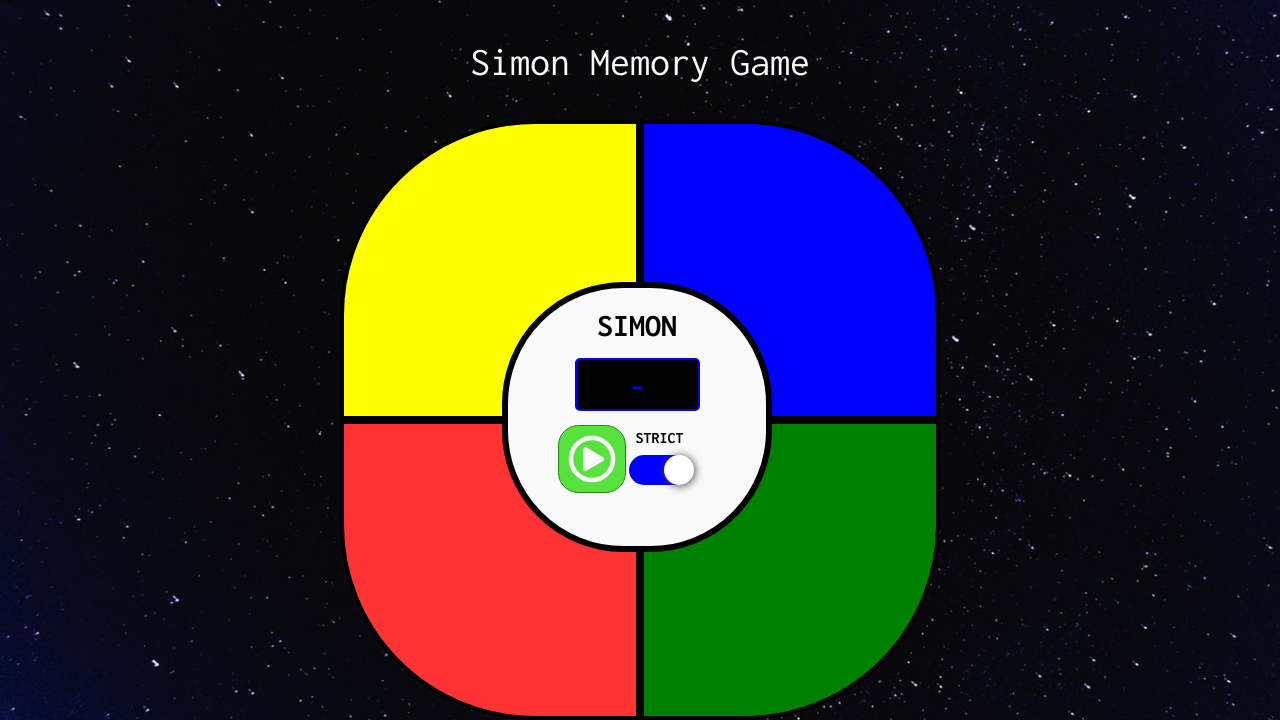
Repository: 5803emma/milestone2-simongame
Page: index.html
The author's editor kept a record of every edit. The page is drawn from the files as they stood at one moment, then again after the next edit.
The browser window is 1280 px wide. The pictures show the whole page.
An inner scrolling area shows only its first screen. Some web libraries are served in a nearby version.

Above is the page before.

### index.html
<!DOCTYPE html>
<html lang="en">

<head>
  <!--- Meta Data --->
  <meta charset="UTF-8">
  <meta name="viewport" content="width=device-width, initial-scale=1, shrink-to-fit=no">
  <meta http-equiv="X-UA-Compatible" content="ie=edge">
  <meta name="description" content="Simon Game">


  <!--- Title --->
  <title>Simon</title>

  <!--- Favicon --->
  <link class="favicon" rel="icon" href="assets/images/favicon.ico" type="image/ico">

  <!--- Links to Styling --->
  <link rel="stylesheet" href="https://stackpath.bootstrapcdn.com/bootstrap/4.3.1/css/bootstrap.min.css" rel="stylesheet" integrity="sha384-ggOyR0iXCbMQv3Xipma34MD+dH/1fQ784/j6cY/iJTQUOhcWr7x9JvoRxT2MZw1T" crossorigin="anonymous">
  <link rel="stylesheet" href="https://cdnjs.cloudflare.com/ajax/libs/font-awesome/5.11.2/css/all.min.css" integrity="sha256-+N4/V/SbAFiW1MPBCXnfnP9QSN3+Keu+NlB+0ev/YKQ=" crossorigin="anonymous" />
  <link href="https://stackpath.bootstrapcdn.com/font-awesome/4.7.0/css/font-awesome.min.css" rel="stylesheet" integrity="sha384-wvfXpqpZZVQGK6TAh5PVlGOfQNHSoD2xbE+QkPxCAFlNEevoEH3Sl0sibVcOQVnN" crossorigin="anonymous">
  <link rel="stylesheet" href="assets/css/style.css" type="text/css" />

</head>

<body>
  <header class="header">
    <h1 align="center">Simon Memory Game</h1>
  </header>


  <!--- Game Board --->
  <div class="container-fluid board-container">
    <div class="row no-gutters">
      <div class="simon-board col">
        <!--- Coloured Blocks --->
        <div class="blocks">
          <div id="1" class="block yellow-block disabled"></div>
          <div id="2" class="block blue-block disabled"></div>
          <div id="3" class="block red-block disabled"></div>
          <div id="4" class="block green-block disabled"></div>
        </div>
        <!--- Controls --->
        <div class="controls">
          <div class="game-label">SIMON</div>
          <div id="score-counter" class="num-display">-</div>
          <div id="start" class="start-btn"><i class="far fa-play-circle fa-3x"></i></div>
          <div class="container strict-container">
            <div class="control-label strict-label">
              <p class="m-0 p-0">STRICT</p>
              <div class="strict-switch">
                <input type="checkbox" id="strict" class="toggle" checked/>
              </div>
            </div>
          </div>
        </div>
      </div>
    </div>
  </div>

  <!--- Game Information Button --->
  <div class="button-container">
    <div class="row justify-content-center">
      <button id="info-button" type="button" class="btn btn-success" data-toggle="modal" data-target="#infoModal">HOW TO PLAY<br><i class="fas fa-info-circle fa-2x"></i></button>
    </div>
  </div>

  <!--- Footer --->
  <footer>
    <p align="center">Created as a Milestone 2 Project for the Code Institute Full Stack Developer Course</p>
  </footer>



  <!--- Game Information Modal --->
  <div class="modal fade" id="infoModal" tabindex="-1" role="dialog" aria-labelledby="gameInfoModal" aria-hidden="true">
    <div class="modal-dialog modal-dialog-scrollable" role="document">
      <div class="modal-content">
        <!-- Game Information Modal Header -->
        <div class="modal-header px-0 pl-4">
          <h4 class="modal-title" id="exampleModalScrollableTitle"><i class="fas fa-info-circle"></i> How to Play....<i class="fas fa-info-circle"></i></h4>
          <button type="button" class="close pl-0 mr-2" data-dismiss="modal" aria-label="Close">
          					<span aria-hidden="true">&times;</span>
        				</button>
        </div>
        <!--- Game Information Modal Body --->
        <div class="modal-body modal-body-info">
          <div class="buttons-box m-2 px-2 py-2">
            <a id="modal-scroll" href="#info-heading-modal"><i class="fas fa-arrow-down"></i></a>
            <h3><b>Simon Memory Game</b></h3>
            <p>Press the play button in the green circle and one of the four coloured blocks will light up. Press the block that lights up. If you press the correct block the counter in the centre of the board will register your successful turn. The number of blocks that light up will increase by one on each turn and the pattern will be random. Your objective is to reproduce the pattern made by the blocks lighting up. It's easy at first, but make sure to stay focused as the patterns get more
              complex!
            </p><br>
            <h3 id="info-heading-modal"><b>Buttons:</b></h3>
            <p><strong class="h5 font-weight-bold">Green Play Button </strong>To begin the game, press the green play button in the centre of the SIMON game board. You can also press this button to start a new game at any point</p>
            <p><b class="h5 font-weight-bold">Strict Slider </b>When strict mode is turned ON (BLUE), if you get your sequence wrong at any point the game will be over. If you want to practice, turn strict mode OFF using the slider (GREY) you can keep trying
              the pattern until you get it correct and then move on to the next pattern.</p>
            <h3><b>How to Win:</b></h3>
            <ul class="p-0 pl-3">
              <li>Turn on Strict mode using the slider in the centre of the Game Board</li>
              <li>Selecting Strict Mode resets the counter to 0</li>
              <li>Reach a score of 15 to win</li>
            </ul><br>
          </div>
        </div>
        <!-- Game Information Modal Footer -->
        <div class="modal-footer">
          <h4>G.L.H.F ! <i class="fas fa-smile"></i></h4>
          <button id="close-button" type="button" class="btn btn-success" data-dismiss="modal">Close</button>
        </div>
      </div>
    </div>
  </div>

  <!-- Lose Modal -->
  <div class="modal fade" id="loseModal" tabindex="-1" role="dialog" aria-labelledby="loseGameModal" aria-hidden="true">
    <div class="modal-dialog modal-dialog-scrollable" role="document">
      <div class="modal-content">
        <!-- Lose Modal Header -->
        <div class="modal-header px-0 pl-4">
          <h5 class="modal-title" id="exampleModalScrollableTitle-2"><i class="far fa-surprise"></i> Oops!! <i class="far fa-surprise"></i><br> Game Over Buddy !!</h5>
          <button type="button" class="close pl-0 mr-2" data-dismiss="modal" aria-label="Close">
          					<span aria-hidden="true">&times;</span>
        				</button>
        </div>
        <!-- Lose Modal Body -->
        <div class="modal-body">
          <div class="buttons-box m-2 px-2 py-2 text-center">
            <h4>You Scored A Grand Total of....</h4><br>
            <h2 id="lose-modal-display" class="text-center">--</h2>
            <p class="m-0 mt-5 text-center">Click on the green Start button below if you would like to begin a new game.<br> The grey Close button will close this window without beginning a new game.</p>
          </div>
        </div>
        <!-- Lose Modal Footer -->
        <div class="modal-footer justify-content-between">
          <button id="start-modal-button" type="button" class="btn btn-success" data-dismiss="modal">Start</button>
          <button id="close-button-2" type="button" class="btn btn-secondary" data-dismiss="modal">Close</button>
        </div>
      </div>
    </div>
  </div>

  <!-- Win Modal -->
  <div class="modal fade" id="winModal" tabindex="-1" role="dialog" aria-labelledby="winGameModal" aria-hidden="true">
    <div class="modal-dialog modal-dialog-scrollable" role="document">
      <div class="modal-content win-modal-content">
        <!-- Win Modal Header -->
        <div class="modal-header px-0 pl-4">
          <h5 class="modal-title text-uppercase" id="exampleModalScrollableTitle-3"><i class="far fa-laugh-squint"></i> YOU WIN!! <i class="far fa-laugh-squint"></i></h5>
          <button type="button" class="close pl-0 mr-2" data-dismiss="modal" aria-label="Close">
          					<span aria-hidden="true">&times;</span>
        				</button>
        </div>
        <!-- Win Modal Body -->
        <div class="modal-body">
          <div class="buttons-box m-2 px-2 py-2 text-center">
            <h4 class="text-uppercase">You scored the maximum score of:</h4><br>
            <h2 id="win-modal-display" class="text-center">--</h2>
            <h5 class="m-0 mt-5 text-center font-weight-bold text-uppercase">CONGRATULATIONS!</h5>
            <p class="m-0 mt-3 text-center">Click the green start button to play again !</p>
          </div>
        </div>
        <!-- Win Modal Footer -->
        <div class="modal-footer justify-content-between">
          <button id="start-modal-win-button" type="button" class="btn btn-success" data-dismiss="modal">Start</button>
          <button id="close-button-3" type="button" class="btn btn-secondary" data-dismiss="modal">Close</button>
        </div>
      </div>
    </div>
  </div>

  <!--- Audio --->
  <audio id="sound-yellow" src="https://s3.amazonaws.com/freecodecamp/simonSound3.mp3"></audio>
  <audio id="sound-blue" src="https://s3.amazonaws.com/freecodecamp/simonSound4.mp3"></audio>
  <audio id="sound-red" src="https://s3.amazonaws.com/freecodecamp/simonSound2.mp3"></audio>
  <audio id="sound-green" src="https://s3.amazonaws.com/freecodecamp/simonSound1.mp3"></audio>
  <audio id="sound-lost" src="assets/sounds/game-over.wav"></audio>
  <audio id="sound-win" src="assets/sounds/game-win.wav"></audio>

  <!--- Scripts --->

  <script src="https://code.jquery.com/jquery-3.4.1.slim.min.js" integrity="sha256-pasqAKBDmFT4eHoN2ndd6lN370kFiGUFyTiUHWhU7k8=" crossorigin="anonymous"></script>
  <script src="https://code.jquery.com/jquery-3.4.1.min.js" integrity="sha256-CSXorXvZcTkaix6Yvo6HppcZGetbYMGWSFlBw8HfCJo=" crossorigin="anonymous"></script>
  <script src="https://cdnjs.cloudflare.com/ajax/libs/popper.js/1.15.0/umd/popper.min.js" integrity="sha256-fTuUgtT7O2rqoImwjrhDgbXTKUwyxxujIMRIK7TbuNU=" crossorigin="anonymous"></script>
  <script src="https://stackpath.bootstrapcdn.com/bootstrap/4.3.1/js/bootstrap.min.js" integrity="sha384-JjSmVgyd0p3pXB1rRibZUAYoIIy6OrQ6VrjIEaFf/nJGzIxFDsf4x0xIM+B07jRM" crossorigin="anonymous"></script>
  <script src="assets/js/index.js"></script>
  </div>

</body>

</html>

### assets/css/style.css
@import url('https://fonts.googleapis.com/css?family=Inconsolata:400,700&display=swap');
@import url('https://fonts.googleapis.com/css?family=Roboto:400,400i&display=swap');

html,
body {
    width: 100%;
    height: 100%;
    margin: 0;
    padding: 0;
    overflow-x: hidden;
}

body {
    background: url(../images/background.jpg) no-repeat center center;
    background-size: cover;
    background-color: #000000;
    font-family: 'Inconsolata', sans-serif;
    color: #fafafa;
}

.header {
    padding-top: 3%;
    padding-bottom: 2%;
}

.row {
    text-align: center;
    width: 100%;
    height: 100%;
    padding: 0;
    margin: 0;
}


.disabled {
    pointer-events: none;
}


.board-container {
    display: -webkit-box;
    display: -ms-flexbox;
    display: flex;
    padding: 0;
    margin: auto;
    width: 100%;
    height: 100vw;
    max-width: 600px;
    max-height: 600px;
    border-radius: 65%;
    background-color: #fafafa;
    margin-bottom: 20px;
}

.button-container {
    margin-bottom: 20px;
}

.strict-container {
    position: absolute;
    margin-top: 150px;
    margin-left: 45px;
    padding: 0px;
    width: 30%;
    line-height: 0;
    font-weight: bold;
    color: #000000;
}


/*------------- Colours */

.block {
    position: relative;
    float: left;
    width: 50%;
    height: 50vw;
    border: solid 4px #000000;
    max-width: 300px;
    max-height: 300px;
    cursor: pointer;
}

.yellow-block {
    background-color: yellow;
    border-top-left-radius: 65%;

}

.blue-block {
    background-color: #0000ff;
    border-top-right-radius: 65%;

}

.red-block {
    background-color: #ff3333;
    border-bottom-left-radius: 65%;

}

.green-block {
    background-color: green;
    border-bottom-right-radius: 65%;

}

.bright-yellow {
    background-color: #fff099;

}

.bright-blue {
    background-color: lightblue;

}

.bright-red {
    background-color: tomato;

}

.bright-green {
    background-color: lightgreen;

}


/*-------------Board Label, Counter, Play Button, Strict Slider */

.controls {
    display: -webkit-box;
    display: -ms-flexbox;
    display: flex;
    -webkit-box-pack: center;
    -ms-flex-pack: center;
    justify-content: center;
    position: absolute;
    background-color: #fafafa;
    top: 27%;
    left: 27%;
    width: 46vw;
    height: 46vw;
    max-width: 270px;
    max-height: 270px;
    border: solid 6px #000;
    border-radius: 45%;
    line-height: 55px;

}

.game-label {
    position: absolute;
    font-size: 2em;
    font-weight: bold;
    margin-top: 10px;
    color: #000;
}

#score-counter {
    position: absolute;
    top: 70px;
    color: blue;
    font-weight: bold;
    background-color: #000;
    width: 20vw;
    height: 10vw;
    max-width: 125px;
    max-height: 53px;
    margin: 0 auto;
    border: solid 2px blue;
    border-radius: 5px;
    font-size: 1.8em;
}

.start-btn {
    float: left;
    margin-right: 90px;
    margin-top: 137px;
    padding: 9px;
    cursor: pointer;
    line-height: 3em;
    background-color: #58e23e;
    height: 68px;
    width: 68px;
    border-radius: 30%;
    border: solid 1px #298417;

}

.start-btn:active {
    -webkit-box-shadow: inset 0 0 10px rgba(0, 0, 0, 0.6);
    -o-box-shadow: inset 0 0 10px rgba(0, 0, 0, 0.6);
    box-shadow: inset 0 0 10px rgba(0, 0, 0, 0.6);
    padding-top: 10px;
    -webkit-transition: -webkit-transform .2s;
    transition: -webkit-transform .2s;

}

.strict-switch {
    margin-top: 17px;
}

input[type="checkbox"] {
    position: relative;
    width: 60px;
    height: 30px;
    -webkit-appearance: none;
    -moz-appearance: none;
    -o-appearance: none;
    appearance: none;
    background: #d3d3d3;
    cursor: pointer;
    border: none;
    outline: none;
    border-radius: 25vw;

}

input:checked[type="checkbox"] {
    background-color: blue;
}

input[type="checkbox"]:before {
    content: "";
    position: absolute;
    height: 30px;
    width: 30px;
    border-radius: 50%;
    background-color: #fff;
    -webkit-box-shadow: 1px 1px 8px #444;
    -o-box-shadow: 1px 1px 8px #444;
    box-shadow: 1px 1px 8px #444;
}

input:checked[type="checkbox"]:before {
    left: 35px;
}



/* Modal Buttons */

#info-button {
    width: 25vw;
    height: 15vw;
    max-width: 180px;
    max-height: 80px;
    border-radius: 20px;
    padding-top: 0;
    margin: 20;
    font-weight: bold;

}

#close-button,
#close-button-2,
#close-button-3,
#start-modal-button,
#start-modal-win-button {
    border: none;
    width: 4.8em;
    height: 2.4em;
}

#info-button:active,
#close-button:active,
#close-button-2:active,
#close-button-3:active,
#start-modal-button:active,
#start-modal-win-button:active {
    border: none;
    -webkit-box-shadow: none;
    box-shadow: none;
    -webkit-transform: scale(0.96);
    -ms-transform: scale(0.96);
    transform: scale(0.96);
    -webkit-transition: -webkit-transform .2s;
    transition: -webkit-transform .2s;
    -o-transition: transform .2s;
}

.modal-header, .modal-footer {
    background-color: blue;
    font-weight: bold;
}

.modal-content {
    background: url(../images/background.jpg) no-repeat center center;
    background-size: cover;
    background-color: #010e18;
    color: #fff;
    font-family: 'Inconsolata', sans-serif;
    top: 3vh;
    width: 90%;
    margin: auto;
    border-radius: 7%;
}

.win-modal-content {
    background: url(../images/winner.jpg) no-repeat center center;
    background-size: cover;
    background-color: #0c1d5a;
    color: #fff;
    font-family: 'Roboto', sans-serif;
    top: 3vh;
    width: 90%;
    margin: auto;
}

.modal-title {
    text-align: center;
    width: 100%;
    font-size: 2em;
}

.modal-body-info {
    font-family: 'Inconsolata', sans-serif;
    height: 50vh;
}

.fa-arrow-down {
    float: right;
    color: white;
    font-size: 2.7em;
    animation: scrollDown 0.5s alternate-reverse infinite ease-in-out;
}

/*---------------------------------- MEDIA QUERIES */

@media screen and (max-width:600px) {
    .game-label {
        font-size: 4.2vw;
        line-height: 9.5vw;
    }
    #score-counter {
        top: 11.5vw;
        width: 13vw;
        height: 9vw;
        font-size: 3.7vw;
        line-height: 9.5vw;
        border-radius: 2.3vw;
    }
    .start-btn {
        font-size: 2.6vw;
        font-weight: bold;
        height: 11.3vw;
        width: 11.3vw;
        margin-right: 16.2vw;
        margin-top: 22.8vw;
        padding: 1.6vw 1.4vw;
    }
    .start-btn:active {
        font-size: 2.5vw;
        padding-top: 1.8vw;
    }
    .strict-container {
        font-size: 5vw;
        margin-top: 24.7vw;
        margin-left: 8.3vw;
    }
    .strict-switch {
        margin-top: 2.7vw;
    }
    input[type="checkbox"] {
        height: 6.1vw;
        width: 11.3vw;
        border-radius: 25vw;

    }
    input[type="checkbox"]:before {
        height: 6.1vw;
        width: 6.1vw;
    }

    input:checked[type="checkbox"]:before {
        left: 6.1vw;
    }
    #info-button {
        font-size: 2.7vw;
        border-radius: 3vw;
    }
    .yellow-block {
        border-top-left-radius: 35;
    }

    .blue-block {
        border-top-right-radius: 35;
    }

    .red-block {
        border-bottom-left-radius: 35;
    }

    .green-block {
        border-bottom-right-radius: 35;
    }
}

@media screen and (max-width:400px) {
    .modal-header h5 {
        font-size: 7.7vw;
    }
}

@media screen and (max-width:350px) {
    .heading-container h1 {
        font-size: 1.8em;
    }
    #info-button {
        font-size: 2.5vw;
    }
    .yellow-block {
        border-top-left-radius: 33vw;
    }
    .blue-block {
        border-top-right-radius: 33vw;
    }
    .red-block {
        border-bottom-left-radius: 33vw;
    }
    .green-block {
        border-bottom-right-radius: 33vw;
    }
}

@media screen and (max-height:830px) {
    .footer-container {
        position: static;
    }
}


@-webkit-keyframes scrollDown {
    from {
        margin-top: 0;
    }
    to {
        margin-top: 8px;
    }
}

@keyframes scrollDown {
    from {
        margin-top: 0;
    }
    to {
        margin-top: 8px;
    }
}

Loaded but not shown: assets/js/index.js (339 lines, source omitted)

After the next edit:
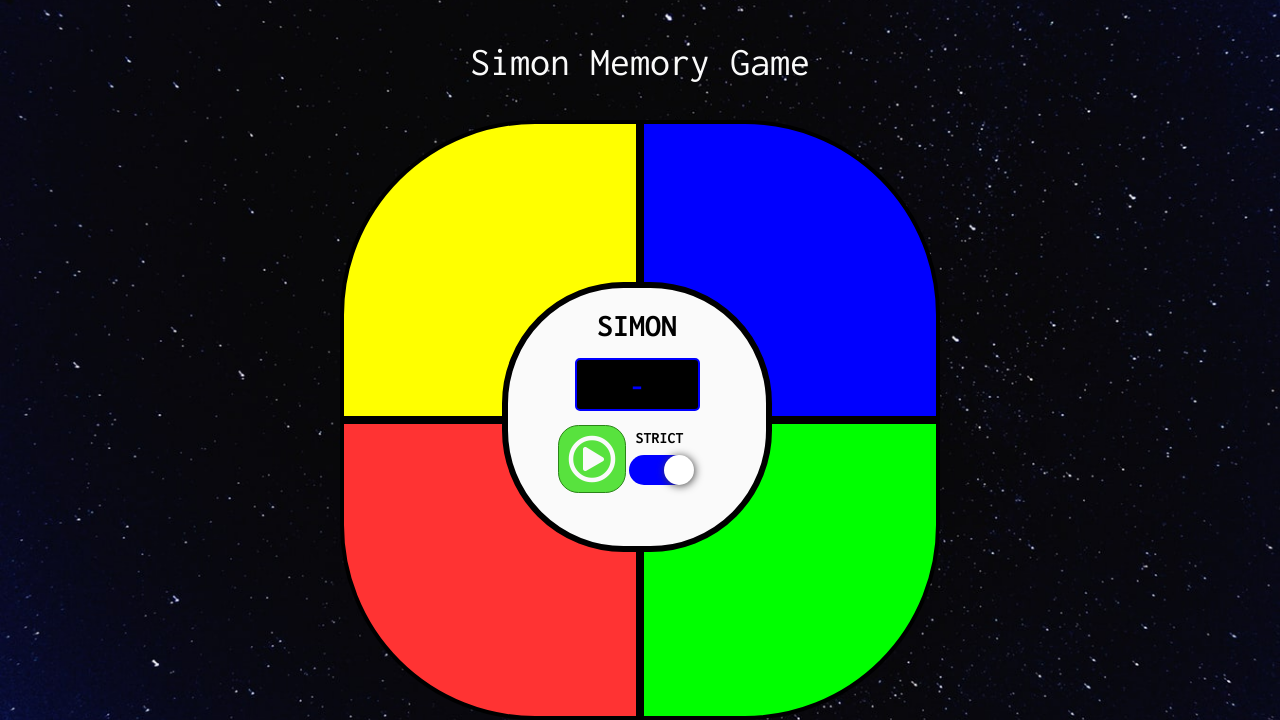
The edit:
--- a/assets/css/style.css
+++ b/assets/css/style.css
@@ -100,7 +100,7 @@
 }
 
 .green-block {
-    background-color: green;
+    background-color: #00ff00;
     border-bottom-right-radius: 65%;
 
 }
